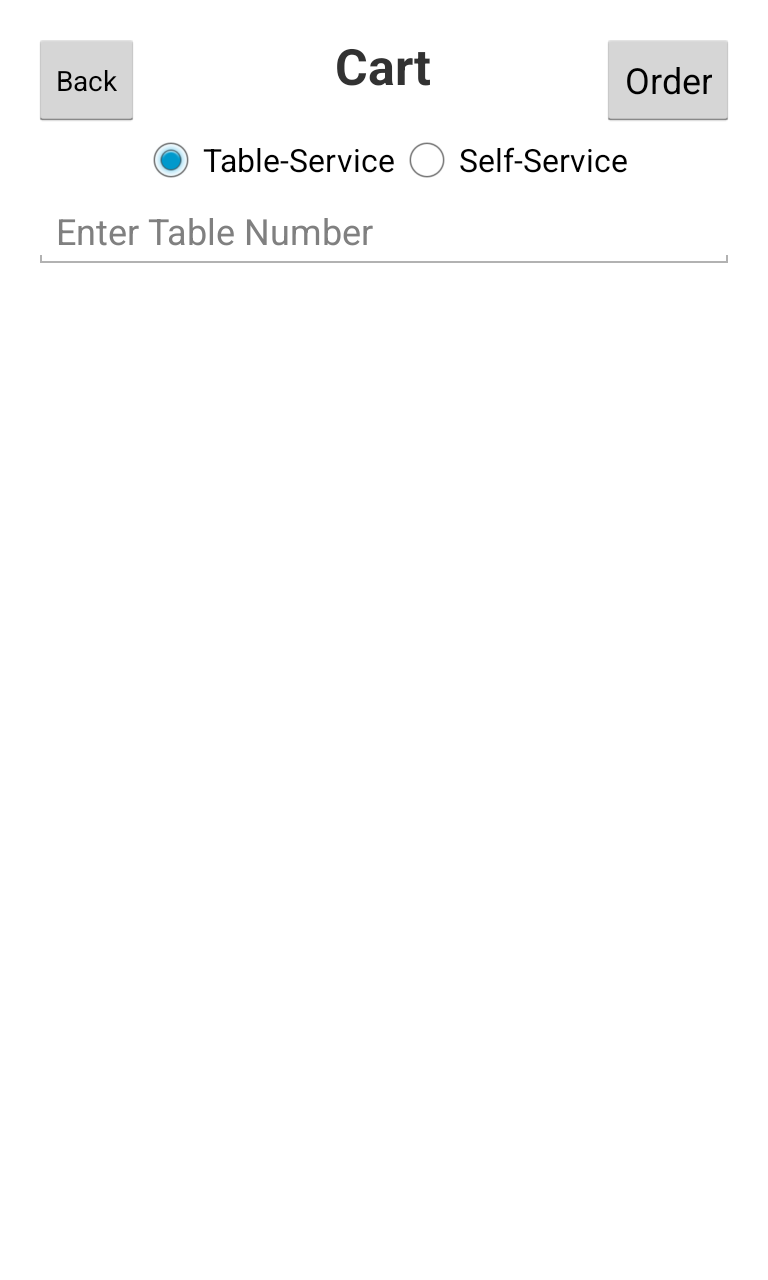
Repository: PotatoBiscuit/Thirstbuster
Layout: MobApp/workspace/DrinkAndGo/res/layout/activity_cart.xml
The author's editor kept a copy of each file at every save. The layout is drawn from the files as they stood at one save, then again after the next save.
It is drawn on a 768 x 1280 px phone screen (xhdpi) without system bars, with theme AppTheme; the app's code is not run. The app's manifest (not shown) leaves right-to-left support off. So textAlignment, textDirection and layoutDirection are ignored, and left and right values win over start and end ones.

Above is the layout before, as saved 2016-04-18 00:48:12.

After the next save:
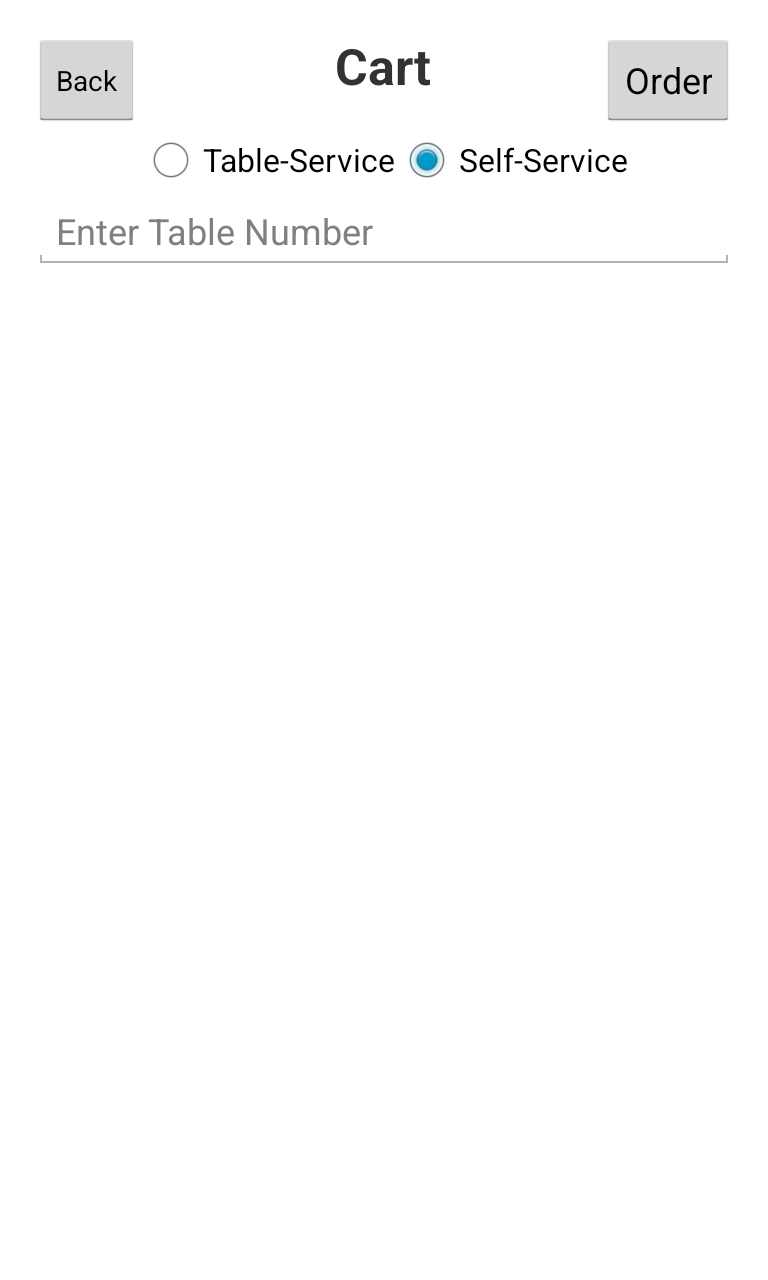
Saved 2 min 8 s later.
--- a/MobApp/workspace/DrinkAndGo/res/layout/activity_cart.xml
+++ b/MobApp/workspace/DrinkAndGo/res/layout/activity_cart.xml
@@ -52,7 +52,6 @@
             android:id="@+id/table_service_view"
             android:layout_width="wrap_content"
             android:layout_height="wrap_content"
-            android:checked="true"
             android:text="@string/table"
             android:onClick="setService" />
 
@@ -60,6 +59,7 @@
             android:id="@+id/self_service_view"
             android:layout_width="wrap_content"
             android:layout_height="wrap_content"
+            android:checked="true"
             android:text="@string/self"
             android:onClick="setService" />
     </RadioGroup>
